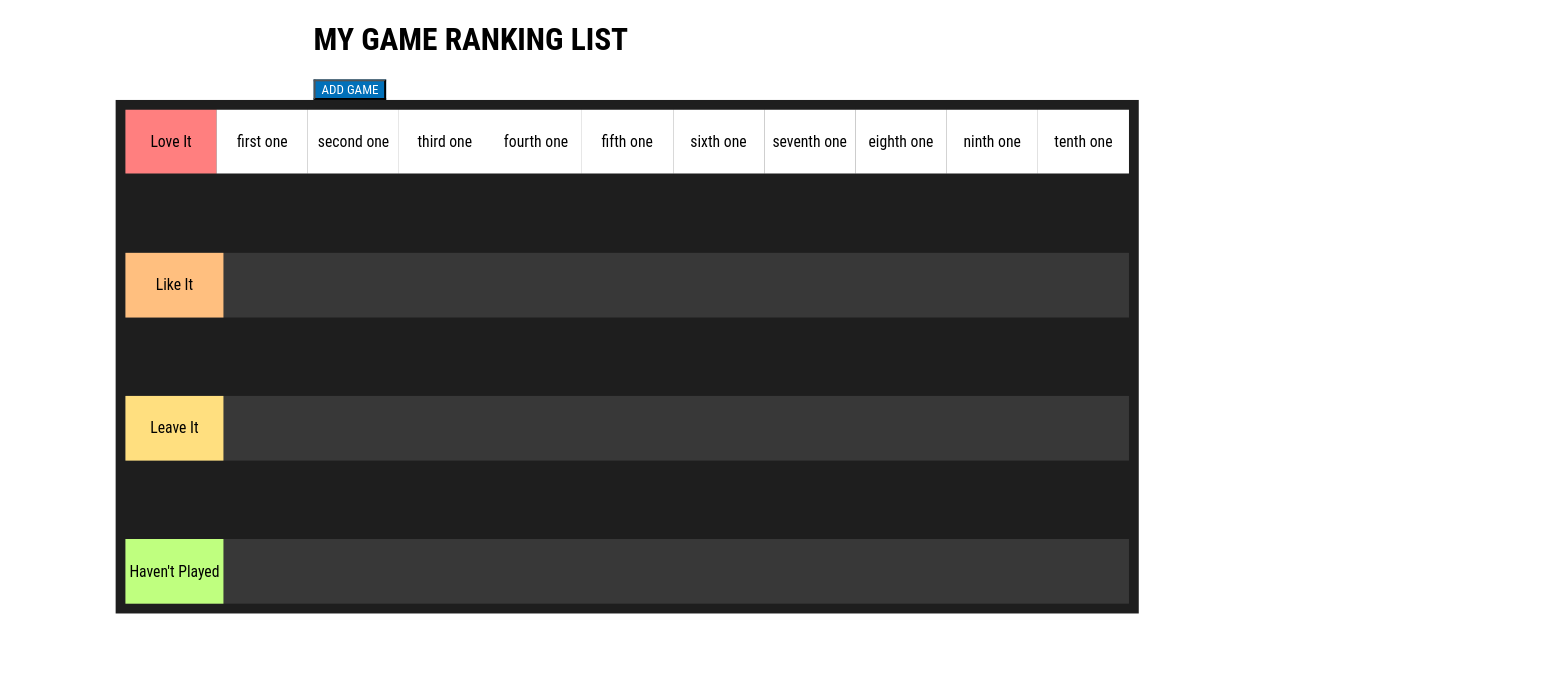
Repository: akiachenise/akiachenise.github.io
Page: JackboxGames_TierList_vanilla/index.html
An editor plug-in stored every save of this project. The page is shown before and after the next save, followed by the edit.
The browser window is 1280 px wide. The page is 1600 px wide, so the pictures cover 1600 px, including what lies to the right of the window. The pictures show the whole page, at 98% of full size.

Above is the page before, as saved 2022-11-26 17:28:02.

After the next save:
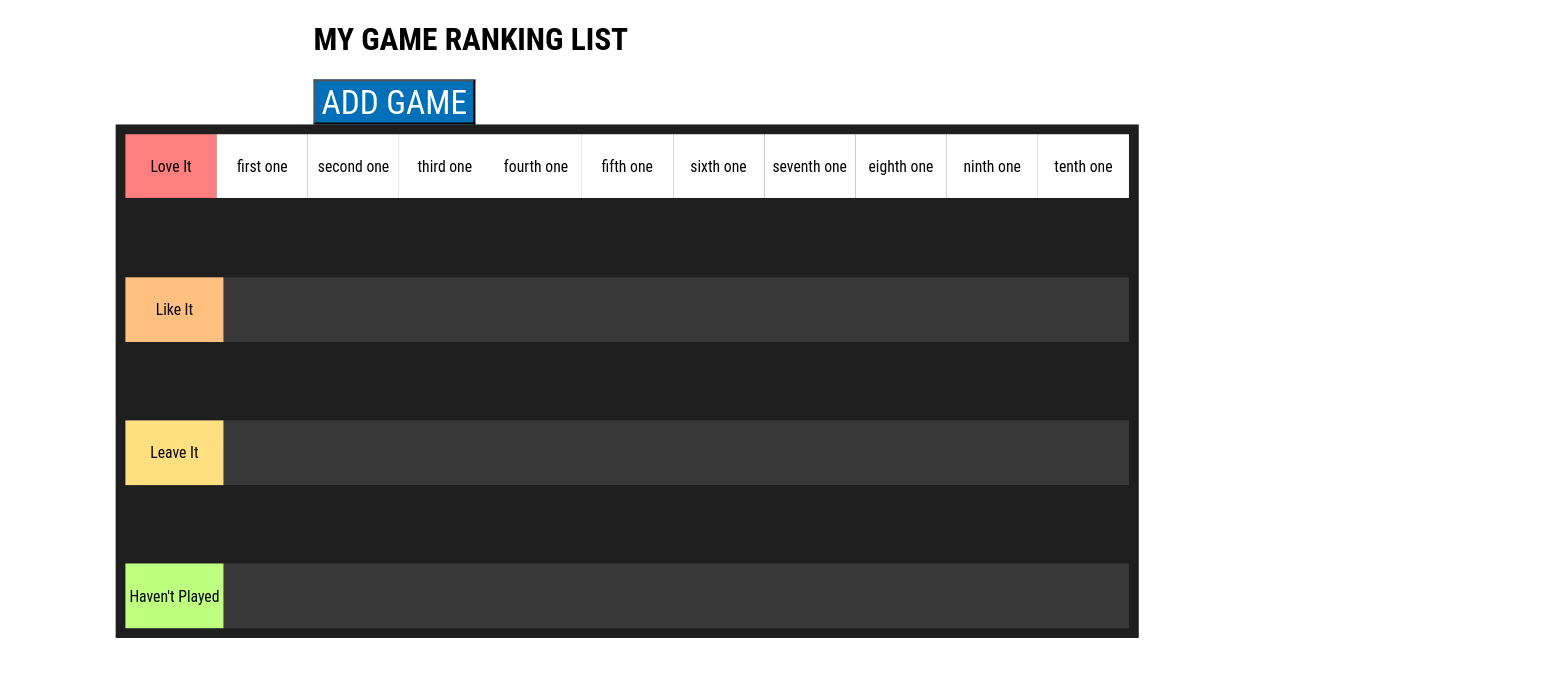
Saved 44 s later.
--- a/JackboxGames_TierList_vanilla/css/stylesheet.css
+++ b/JackboxGames_TierList_vanilla/css/stylesheet.css
@@ -20,6 +20,7 @@ h1 {
 }
 button {
     font-family: 'Roboto Condensed', Sans-serif;
+    font-size: 34px;
     text-transform: uppercase;
     color: white;
     background-color: #0170B9;
